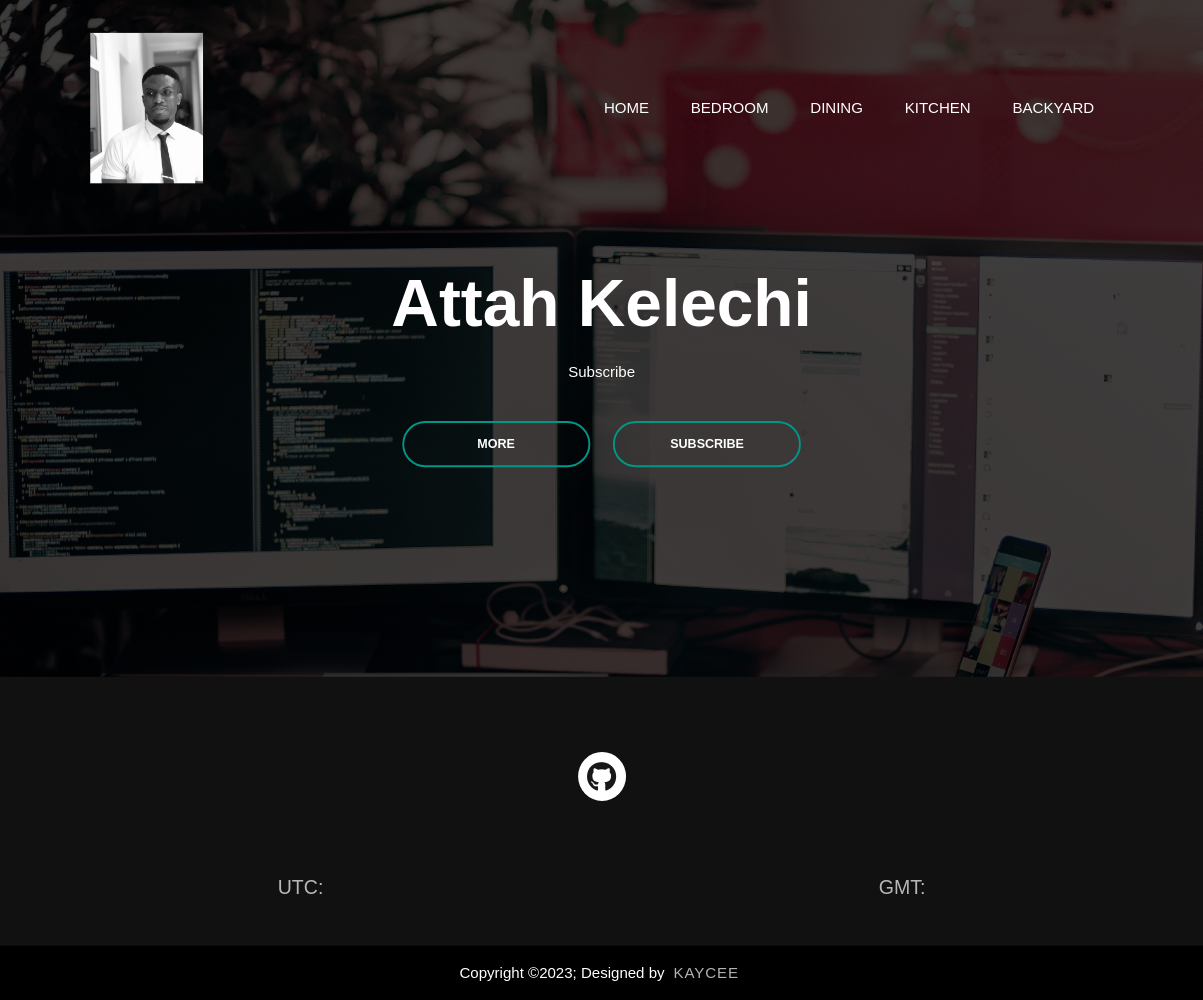
Repository: Kaycee-attah/HNG-Internship_2023
Page: index.html
These files come from the project's save history. The page is drawn as it stood at one moment and after the next save; the edit follows.
The browser window is 1280 px wide. The pictures show the whole page, at 94% of full size.

Above is the page before, as saved 2023-09-07 03:26:53.

### index.html
<!DOCTYPE html>
<html lang="en">
<head>
    <meta charset="UTF-8">
    <meta name="viewport" content="width=device-width, initial-scale=1.0">
    <title>How to make a website - Easy tutorial</title>
    <link rel="stylesheet" href="style.css">
    <link rel="stylesheet" href="https://cdnjs.cloudflare.com/ajax/libs/font-awesome/6.4.2/css/all.min.css" integrity="sha512-z3gLpd7yknf1YoNbCzqRKc4qyor8gaKU1qmn+CShxbuBusANI9QpRohGBreCFkKxLhei6S9CQXFEbbKuqLg0DA==" crossorigin="anonymous" referrerpolicy="no-referrer" />
</head>
<body>
    <div class="banner">
        <div class="navbar">
            <img class="logo" src="slack_DP.JPG" alt="Kaycee" data-testid="slackDisplayImage">
            <ul>
                <li><a href="#">Home</a></li>
                <li><a href="#">Bedroom</a></li>
                <li><a href="#">Dining</a></li>
                <li><a href="#">Kitchen</a></li>
                <li><a href="#">Backyard</a></li>
            </ul>
        </div>
    </div>
    <div class="content">
        <h1 data-testid="slackUserName">Attah Kelechi</h1>
        <p>Subscribe</p>
        <div>
            <button type="button"><span class="btn"></span> MORE</button>
            <button type="button"><span class="btn"></span>SUBSCRIBE</button>
        </div>
    </div>
    <footer>
        <div class="footer_Container">
            <div class="social-icon">
                <a href=""><i class="fa-brands fa-github"></i></a>
            </div>

        </div>
        <div class="footer_Info">
            <ul>
                <li>UTC: </li>
                <li>GMT: </li>
            </ul>
        </div>
        <div class="footer_Bottom">
            <p>Copyright &copy;2023; Designed by <span class="designer">Kaycee</span></p>
        </div>
    </footer>

    <script src="script.js"></script>
</body>

</html>

### style.css
*{
    margin: 0;
    padding: 0;
    font-family: sans-serif;

}
body{
    background-image: linear-gradient(rgba(0,0,0,0.75), rgba(0,0,0,0.75)), url(IMG_6759.JPG);
    background-size: cover;
    background-position: center;
}

.banner{
    width: 100%;
    height: 100vh;


}
.navbar{
    width: 85%;
    margin: auto;
    padding: 35px 0;
    display: flex;
    align-items: center;
    justify-content: space-between;
}
.logo{
    width: 120px;
    cursor: pointer;
}
.navbar ul li{
    list-style: none;
    display: inline-block;
    margin: 0 20px;
    position: relative;
}
.navbar ul li a{
    text-decoration: none;
    color: #fff;
    text-transform: uppercase;
}
.navbar ul li::after{
    content: "";
    height: 3px;
    width: 0;
    background: #009688;
    position: absolute;
    left: 0;
    bottom: -10px;
    transition: 0.5s;
}
.navbar ul li:hover::after{
    width: 100%;
}
.content{
    width: 100%;
    position: absolute;
    top: 50%;
    transform: translateY(-50%);
    text-align: center;
    color: #fff;
}
.content h1{
    font-size: 70px;
    margin-top: 80px;
}
.content p{
    margin: 20px auto;
    font-weight: 100;
    line-height: 25px;
}
button{
    width: 200px;
    padding: 15px 0;
    text-align: center;
    margin: 20px 10px;
    border-radius: 25px;
    font-weight: bold;
    border: 2px solid #009688;
    background: transparent;
    color: #fff;
    cursor: pointer;
    position: relative;
    overflow: hidden;
}
.btn{
    background: #009688;
    height: 100%;
    width: 0;
    border-radius: 25px;
    position: absolute;
    left: 0;
    bottom: 0;
    z-index: -1;
    transition: 0.5s;
}
button:hover span{
    width: 100%;
}
footer{
    background-color: #111;
    width: 100%;
}
.footer_Container{
    /* width: 100%; */
    padding: 70px 30px 20px;
}
.social-icon{
    display: flex;
    justify-content: center;
}
.social-icon a{
    text-decoration: none;
    padding: 10px;
    background-color: white;
    margin: 10px;
    border-radius: 50%;
}
.social-icon a i{
    font-size: 2em;
    color: black;
    opacity: 0.9;
}


.social-icon a:hover{
    background-color: #111;
    transition: 0.5s;
}
.social-icon a:hover i{
    background-color: white;
    transition: 0.5s;
}
.footer_Info{
    margin: 30px 0;
}
.footer_Info ul{
    display: flex;
    justify-content: space-around;
}
.footer_Info ul li{
    color: white;
    margin: 20px;
    text-decoration: none;
    list-style: none;
    font-size: 1.3em;
    opacity: 0.7;
    transition: 0.5s;
}

.footer_Bottom {
    background-color: #000;
    padding: 20px;
    text-align: center;
}
.footer_Bottom p{
    color: white;

}
.designer{
    opacity: 0.7;
    text-transform: uppercase;
    letter-spacing: 1px;
    font-weight: 400;
    margin: 0px 5px;
    /* position: fixed; */
}

@media (max-width: 700px){
    .footer_Info ul{
        flex-direction: column;
    }
    .footer_Info ul li{
        width: 100%;
        text-align: center;
        margin: 10px 0;
    }
}

### script.js
const now = new Date();
const day = now.getDay();
const hours = now.getHours();
const minutes = now.getMinutes();
const UTCtimeStamp = now.getTime();
const GMTdate_and_time = now.toUTCString();
const daysOfWeek = [
    "Sunday",
    "Monday",
    "Tuesday",
    "Wednesday",
    "Thursday",
    "Friday",
    "Saturday"
]
const today = daysOfWeek[day];
const UTC = now.getUTCMilliseconds();
console.log("Current day of the week:", today)
console.log("UTC:", UTC)

console.log("UTCtimeStamp:", UTCtimeStamp)
console.log("GMTdate_and_time:", GMTdate_and_time)

After the next save:
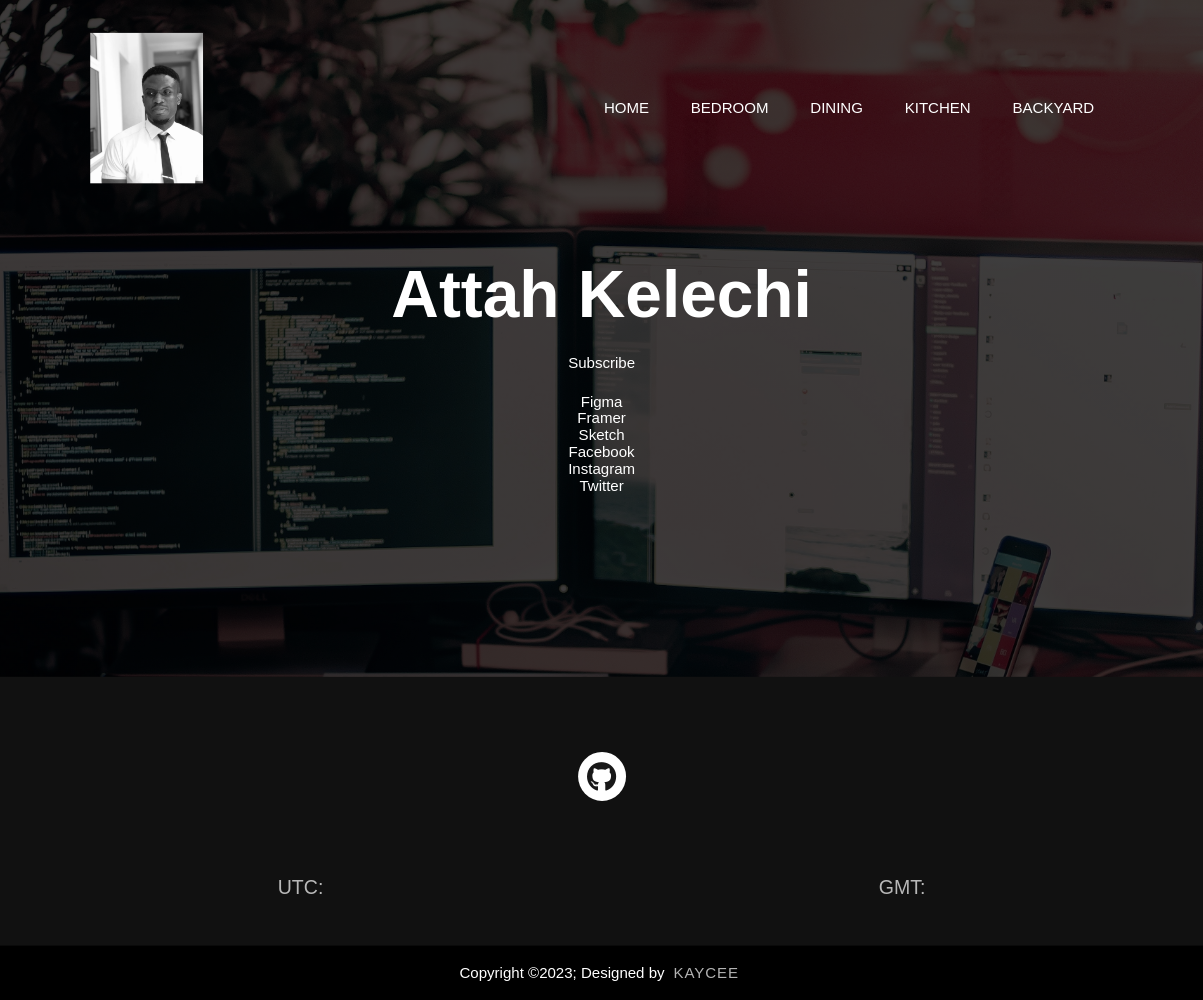
Saved 17 min 43 s later.
--- a/index.html
+++ b/index.html
@@ -24,8 +24,24 @@
         <h1 data-testid="slackUserName">Attah Kelechi</h1>
         <p>Subscribe</p>
         <div>
-            <button type="button"><span class="btn"></span> MORE</button>
-            <button type="button"><span class="btn"></span>SUBSCRIBE</button>
+            <div class="select">
+                <span class="selected">Figma</span>
+                <div class="caret"></div>
+            </div>
+            <ul class="menu">
+                <li>Framer </li>
+                <li>Sketch </li>
+            </ul>
+            <div class="select">
+                <span class="selected">Facebook</span>
+                <div class="caret"></div>
+            </div>
+            <ul class="menu">
+                <li>Instagram </li>
+                <li>Twitter </li>
+            </ul>
+            <!-- <button type="button"><span class="btn"></span> MORE</button>
+            <button type="button"><span class="btn"></span>SUBSCRIBE</button> -->
         </div>
     </div>
     <footer>
